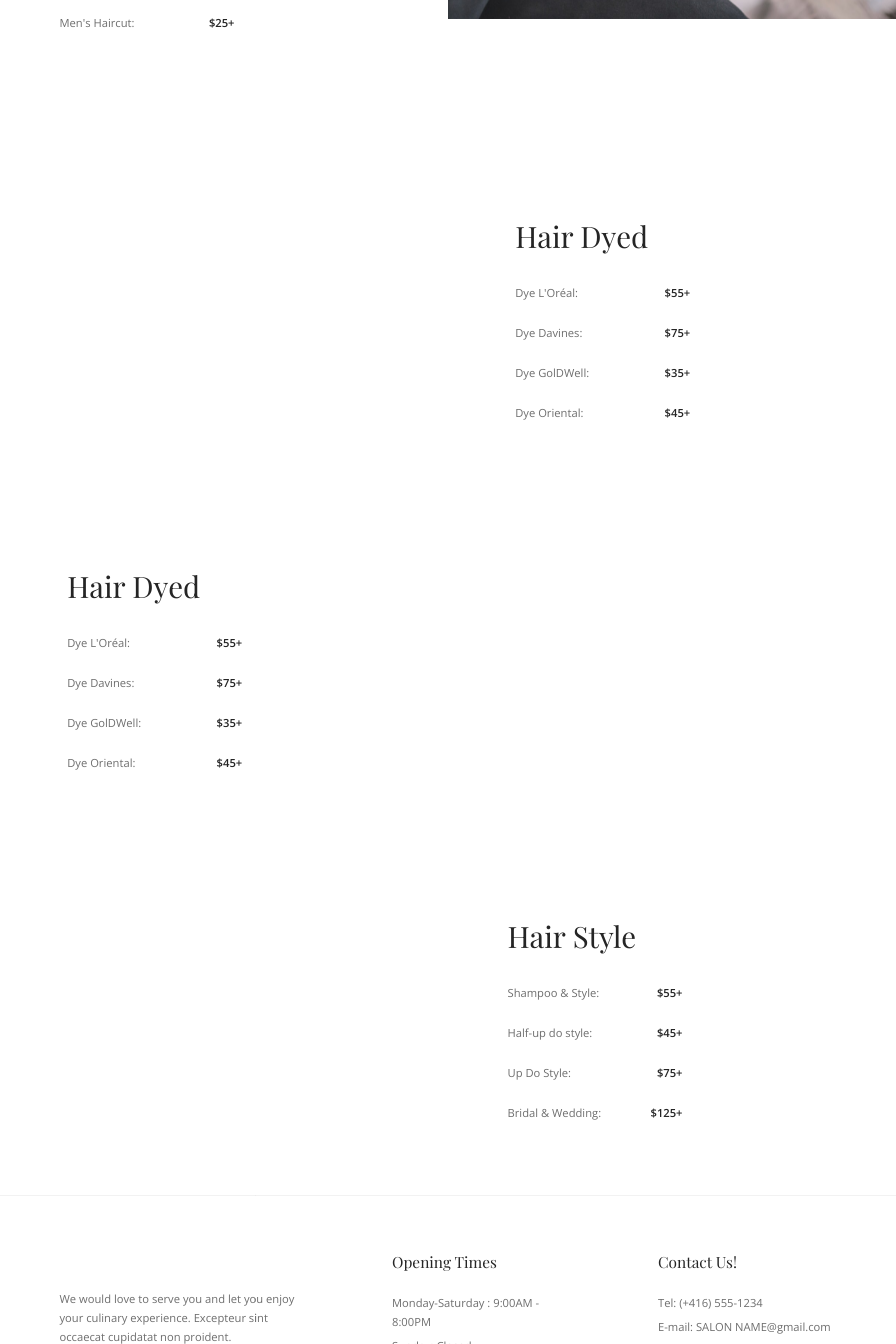
Repository: hanihassan1/Bay-wash-studio
Page: http://localhost/service
The author's editor kept a record of every edit. The page is drawn from the files as they stood at one moment, then again after the next edit.
The browser window is 1280 px wide. The pictures show the part of the page from y = 737 to 2657 px (the page is 2826 px tall), at 70% of full size.
The page is served by the project's application, run on Flask 3 (run.py).

Above is the page before.
Console error: TypeError: Cannot read properties of null (reading 'jQuery22409362962306477132')

### templates/service.html
{% extends 'base.html' %} {% block head %}
<script src="{{ url_for('static', filename='js/jquery.min.js')  }}"></script>

<!-- Popper -->
<script src="{{ url_for('static', filename='js/popper.min.js')  }}"></script>

<!-- Bootstrap -->
<script src="{{ url_for('static', filename='js/bootstrap.min.js')  }}"></script>

<!-- All Plugins -->
<script src="{{ url_for('static', filename='js/akame.bundle.js')  }}"></script>

<!-- Active -->

<script src="{{ url_for('static', filename='js/default-assets/active.js')  }}"></script>

<script src="{{ url_for('static', filename='gulpfile.js')  }}"></script>

<script src="{{ url_for('static', filename='js/main.js')  }}"></script>
{% endblock %} {% block content %}



<!-- Breadcrumb Area Start -->
<section class="breadcrumb-area section-padding-80">
    <div class="container">
        <div class="row">
            <div class="col-12">
                <div class="breadcrumb-content">
                    <h2>Our Services</h2>
                    <nav aria-label="breadcrumb">
                        <ol class="breadcrumb">
                            <li class="breadcrumb-item"><a href="{{url_for('index')}}"><i class="icon_house_alt"></i> Home</a></li>
                            <li class="breadcrumb-item active" aria-current="page">Services</li>
                        </ol>
                    </nav>
                </div>
            </div>
        </div>
    </div>
</section>
<!-- Breadcrumb Area End -->

<!-- Service Area Start -->
<section class="akame-service-area">

    <!-- Single Service Item -->
    <div class="single--service--item d-flex flex-wrap align-items-center">
        <!-- Service Content -->
        <div class="service-content">
            <div class="service-text">
                <h2>Hair Cuts</h2>
                <p><span>Women's Haircut:</span> <span>$35+</span></p>
                <p><span>Men's Haircut:</span> <span>$25+</span></p>

            </div>
        </div>
        <!-- Service Thumbnail -->
        <div class="service-thumbnail bg-img jarallax" style="background-image: url({{ url_for('static', filename='img/bg-img/30.jpg')  }});"></div>
    </div>

    <!-- Single Service Item -->
    <div class="single--service--item odd-item d-flex flex-wrap align-items-center">
        <!-- Service Thumbnail -->
        <div class="service-thumbnail bg-img jarallax" style="background-image: url({{ url_for('static', filename='img/bg-img/31.jpg')  }});"></div>

        <!-- Service Content -->
        <div class="service-content">
            <div class="service-text">
                <h2>Hair Dyed</h2>
                <p><span>Dye L'Oréal:</span> <span>$55+</span></p>
                <p><span>Dye Davines:</span> <span>$75+</span></p>
                <p><span>Dye GolDWell:</span> <span>$35+</span></p>
                <p><span>Dye Oriental:</span> <span>$45+</span></p>
            </div>
        </div>
    </div>


 <div class="single--service--item odd-item d-flex flex-wrap align-items-center">
        <!-- Service Thumbnail -->


        <!-- Service Content -->
        <div class="service-content">
            <div class="service-text">
                <h2>Hair Dyed</h2>
                <p><span>Dye L'Oréal:</span> <span>$55+</span></p>
                <p><span>Dye Davines:</span> <span>$75+</span></p>
                <p><span>Dye GolDWell:</span> <span>$35+</span></p>
                <p><span>Dye Oriental:</span> <span>$45+</span></p>
            </div>
        </div>
        <div class="service-thumbnail bg-img jarallax" style="background-image: url({{ url_for('static', filename='img/bg-img/27.jpg')  }});"></div>
    </div>



    <!-- Single Service Item -->
    <div class="single--service--item d-flex flex-wrap align-items-center">
        <div class="service-thumbnail bg-img jarallax" style="background-image: url({{ url_for('static', filename='img/bg-img/32.jpg')  }});"></div>
        <!-- Service Content -->
        <div class="service-content">
            <div class="service-text">
                <h2>Hair Style</h2>
                <p><span>Shampoo &amp; Style:</span> <span>$55+</span></p>
                <p><span>Half-up do style:</span> <span>$45+</span></p>
                <p><span>Up Do Style:</span> <span>$75+</span></p>
                <p><span>Bridal &amp; Wedding:</span> <span>$125+</span></p>
            </div>
        </div>
        <!-- Service Thumbnail -->

    </div>

</section>
<!-- Service Area End -->


{% endblock %}

### templates/base.html
<!DOCTYPE html>
<html lang="en">

<head>
    <meta charset="UTF-8">
    <meta name="description" content="">
    <meta http-equiv="X-UA-Compatible" content="IE=edge">
    <meta name="viewport" content="width=device-width, initial-scale=1, shrink-to-fit=no">


    <!-- Title -->
    <title>SALON</title>



    <!-- Stylesheet -->

    <link href="{{ url_for('static', filename='style.css')  }}" rel="stylesheet" type="text/css">

    {% block head %} {% endblock %}
</head>

<body>
    <!-- Preloader -->
    <div id="preloader">
        <div class="loader"></div>
    </div>
    <!-- /Preloader -->

    <!-- Header Area Start -->
    <header class="header-area">
        <!-- Top Header Area Start -->
        <div class="top-header-area">
            <div class="container h-100">
                <div class="row h-100 align-items-center">
                    <div class="col-5">
                        <div class="top-header-content">
                            <p>salon logo(img) & name</p>
                        </div>
                    </div>
                    <div class="col-7">
                        <div class="top-header-content text-right">
                            <p><i class="fa fa-clock-o" aria-hidden="true"></i> Mon-Sat: 9:00 am to 8:00 pm Sun:Closed<span class="mx-2"></span> | <span class="mx-2"></span> <i class="fa fa-phone" aria-hidden="true"></i> Call us: (+416)-555-1234</p>
                        </div>
                    </div>
                </div>
            </div>
        </div>
        <!-- Top Header Area End -->

        <!-- Main Header Start -->
        <div class="main-header-area">
            <div class="classy-nav-container breakpoint-off">
                <div class="container">
                    <!-- Classy Menu -->
                    <nav class="classy-navbar justify-content-between" id="akameNav">

                        <!-- Logo -->
                        <a class="nav-brand" href="index.html"><img src="img/core-img/logo.png" alt=""></a>

                        <!-- Navbar Toggler -->
                        <div class="classy-navbar-toggler">
                            <span class="navbarToggler"><span></span><span></span><span></span></span>
                        </div>

                        <!-- Menu -->
                        <div class="classy-menu">
                            <!-- Menu Close Button -->
                            <div class="classycloseIcon">
                                <div class="cross-wrap"><span class="top"></span><span class="bottom"></span></div>
                            </div>
                            <!-- Nav Start -->
                            <div class="classynav">
                                <ul id="nav">
                                    <li class="active"><a href="./index.html">Home</a></li>

                                    <li><a href="./portfolio.html">Gallery</a></li>
                                    <li><a href="./service.html">Services</a></li>


                                    <li><a href="./contact.html">Contact</a></li>
                                </ul>

                                <!-- Cart Icon -->
                                <div class="cart-icon ml-5 mt-4 mt-lg-0">
                                    <a href="#"><i class="icon_cart"></i></a>
                                </div>

                                <!-- Book Icon -->
                                <div class="book-now-btn ml-5 mt-4 mt-lg-0 ml-md-4">
                                    <a href="#" class="btn akame-btn">Book Now</a>
                                </div>
                            </div>
                            <!-- Nav End -->
                        </div>
                    </nav>
                </div>
            </div>
        </div>
    </header>
    <!-- Header Area End -->

    <!-- Main Area Start -->
    <div class="main">

        {% block content %} {% endblock %}

    </div>
    <!-- Main Area End -->


    <!-- Footer Area Start -->
    <footer class="footer-area section-padding-80-0">
        <div class="container">
            <div class="row justify-content-between">

                <!-- Single Footer Widget -->
                <div class="col-12 col-sm-6 col-md-4">
                    <div class="single-footer-widget mb-80">
                        <!-- Footer Logo -->
                        <a href="#" class="footer-logo"><img src="" alt=""></a>

                        <p class="mb-30">We would love to serve you and let you enjoy your culinary experience. Excepteur sint occaecat cupidatat non proident.</p>

                        <!-- Copywrite Text -->
                        <div class="copywrite-text">
                            <p>
                                <!-- Link back to Colorlib can't be removed. Template is licensed under CC BY 3.0. -->
                                Copyright &copy;
                                <script>
                                    document.write(new Date().getFullYear());
                                </script> All rights reserved | This template is made with <i class="fa fa-heart-o" aria-hidden="true"></i> by <a href="https://colorlib.com" target="_blank">Colorlib</a>
                                <!-- Link back to Colorlib can't be removed. Template is licensed under CC BY 3.0. -->
                            </p>
                        </div>
                    </div>
                </div>

                <!-- Single Footer Widget -->
                <div class="col-12 col-sm-6 col-md-4 col-xl-3">
                    <div class="single-footer-widget mb-80">
                        <!-- Widget Title -->
                        <h4 class="widget-title">Opening times</h4>

                        <!-- Open Times -->
                        <div class="open-time">
                            <p>Monday-Saturday : 9:00AM - 8:00PM</p>
                            <p>Sunday: Closed</p>
                        </div>

                        <!-- Social Info -->
                        <div class="social-info">
                            <a href="#" class="facebook"><i class="fa fa-facebook"></i></a>
                            <a href="#" class="twitter"><i class="fa fa-twitter"></i></a>
                            <a href="#" class="google-plus"><i class="fa fa-google-plus"></i></a>
                            <a href="#" class="instagram"><i class="fa fa-instagram"></i></a>
                        </div>
                    </div>
                </div>

                <!-- Single Footer Widget -->
                <div class="col-12 col-md-4 col-xl-3">
                    <div class="single-footer-widget mb-80">

                        <!-- Widget Title -->
                        <h4 class="widget-title">Contact Us!</h4>

                        <!-- Contact Address -->
                        <div class="contact-address">
                            <p>Tel: (+416) 555-1234</p>
                            <p>E-mail: SALON NAME@gmail.com</p>
                            <p>Address: FILL IN</p>
                        </div>
                    </div>
                </div>

            </div>
        </div>
    </footer>
    <!-- Footer Area End -->

    <!-- All JS Files -->
    <!-- jQuery -->
       <script src="{{ url_for('static', filename='js/jquery.min.js')  }}"></script>

    <!-- Popper -->
    <script src="{{ url_for('static', filename='js/popper.min.js')  }}"></script>

    <!-- Bootstrap -->
     <script src="{{ url_for('static', filename='js/bootstrap.min.js')  }}"></script>

    <!-- All Plugins -->
    <script src="{{ url_for('static', filename='js/akame.bundle.js')  }}"></script>

    <!-- Active -->

    <script src="{{ url_for('static', filename='js/default-assets/active.js')  }}"></script>

    <script src="{{ url_for('static', filename='gulpfile.js')  }}"></script>

    <script src="{{ url_for('static', filename='js/main.js')  }}"></script>

</body>

</html>

### run.py
import os
from flask import Flask,render_template, request, redirect,flash, jsonify, url_for
import json
from flask_mail import Mail, Message
import pymysql


app = Flask(__name__)

connection = pymysql.connect(host='mydatabase.cccssd5sqciz.ca-central-1.rds.amazonaws.com',
                            user='root',
                            password='root1234',
                            db='SALON',
                            )

app.secret_key = "its_secure"


app.config['MAIL_SERVER']= 'smtp.gmail.com'
app.config['MAIL_PORT'] = 465
app.config['MAIL_USERNAME'] = 'baywashstudio@gmail.com'
app.config['MAIL_PASSWORD'] = "Root12345"
app.config['MAIL_USE_TLS'] = False
app.config['MAIL_USE_SSL'] = True
app.config['MAIL_DEFAULT_SENDER'] = 'baywashstudio@gmail.com'
mail = Mail(app)


# @app.route('/')
# def index():
#     msg = Message('MAIL TEST', recipients = ['hani.hassan1@gmail.com'])
#     msg.body = "this is a test email"
#     # msg.html = " <b> bold html msg test</b>"
#     mail.send(msg)
#     return "Sent"





@app.route('/contact',methods=["GET", "POST"])
def contact():
    if request.method=="POST":
        print(request.form)
        username = request.form['first-name'] + " " + request.form['last-name']
        add_user(username, request.form['phone'], request.form['email'])
        last_added_user_id = get_last_user_id()
        print(last_added_user_id, "last_added_user_id", request.form['time'])
        add_booking(request.form['date'], request.form['service'],request.form['time'],last_added_user_id)
        send_mail(username, request.form['email'])
        send_mail_employee(username, request.form['date'], request.form['service'],request.form['time'],
        request.form['phone'])
        flash("Hello {}, Your booking was submitted".format(request.form['first-name']))
        return redirect(url_for('contact'))

    return render_template("contact.html", title = "Contact")


def send_mail(username, email):
    user_mail_list = []
    user_mail_list.append(email)
    print(user_mail_list,"user_mail_list")
    msg = Message(subject="Hello, {}".format(username),recipients=user_mail_list)
    msg.body="You're booked!.\Your appointment is on {} at {},your service is {}" .format(request.form['date'],
    request.form['time'], request.form['service'])
    mail.send(msg)

def send_mail_employee(username,date, service,time,phone):
    msg = Message(subject="New Booking",recipients=["baywashstudio@gmail.com"])
    msg.body="Your booking is confirmed."
    mail.send(msg)

@app.route('/')
def index():
     return render_template("index.html", title = "Home")


@app.route('/portfolio')
def portfolio():
     return render_template("portfolio.html", title = "Gallery")

@app.route('/service')
def service():
     return render_template("service.html", title = "Services")


def add_user(username, phone_no, email_add ):
    try:
        with connection.cursor() as cursor:
            sql = """INSERT INTO CUSTOMERS (CUSTOMER_NAME, CUSTOMER_TELEPHONE,
            CUSTOMER_EMAIL) VALUES ('{}', '{}', '{}');""".format(username, phone_no, email_add)
            cursor.execute(sql)
            connection.commit()
            cursor.close()
    finally:
        print("ok")


def get_last_user_id():
 try:
        with connection.cursor(pymysql.cursors.DictCursor) as cursor:
          sql = """ SELECT MAX(CUSTOMER_ID) FROM CUSTOMERS;"""
          cursor.execute(sql)
          result = cursor.fetchall()
          return result[0]['MAX(CUSTOMER_ID)']
 finally:
        return True


def add_booking(date, service_id, time,customer_id):
  try:
        print(time, "time is time")
        with connection.cursor() as cursor:
            sql = """INSERT INTO BOOKINGS (DATE, SERVICE_ID, TIME,
            CUSTOMER_ID) VALUES ('{}', {}, '{}', {});""".format(date,service_id,
            time,customer_id)
            cursor.execute(sql)
            connection.commit()
            cursor.close()
  finally:
            connection.close()
#   TIME ADD



if __name__ == '__main__':
    app.run(host=os.environ.get('IP'),
    port=int(os.environ.get('PORT')),
    debug=True)

Loaded but not shown: static/js/jquery.min.js (library); static/js/popper.min.js (library); static/js/bootstrap.min.js (library); static/js/akame.bundle.js (library); static/css/bootstrap.min.css (library); static/css/animate.css (library); static/css/default-assets/audioplayer.css (library); static/css/owl.carousel.min.css (common file); static/css/magnific-popup.css (library); static/css/font-awesome.min.css (library); static/js/default-assets/active.js (199 lines, source omitted); static/gulpfile.js (90 lines, source omitted); static/style.css (1708 lines, source omitted); static/css/style.css (1157 lines, source omitted); static/css/default-assets/classy-nav.css (670 lines, source omitted); static/js/main.js (no copy from this time; the picture is the same without it)

After the next edit:
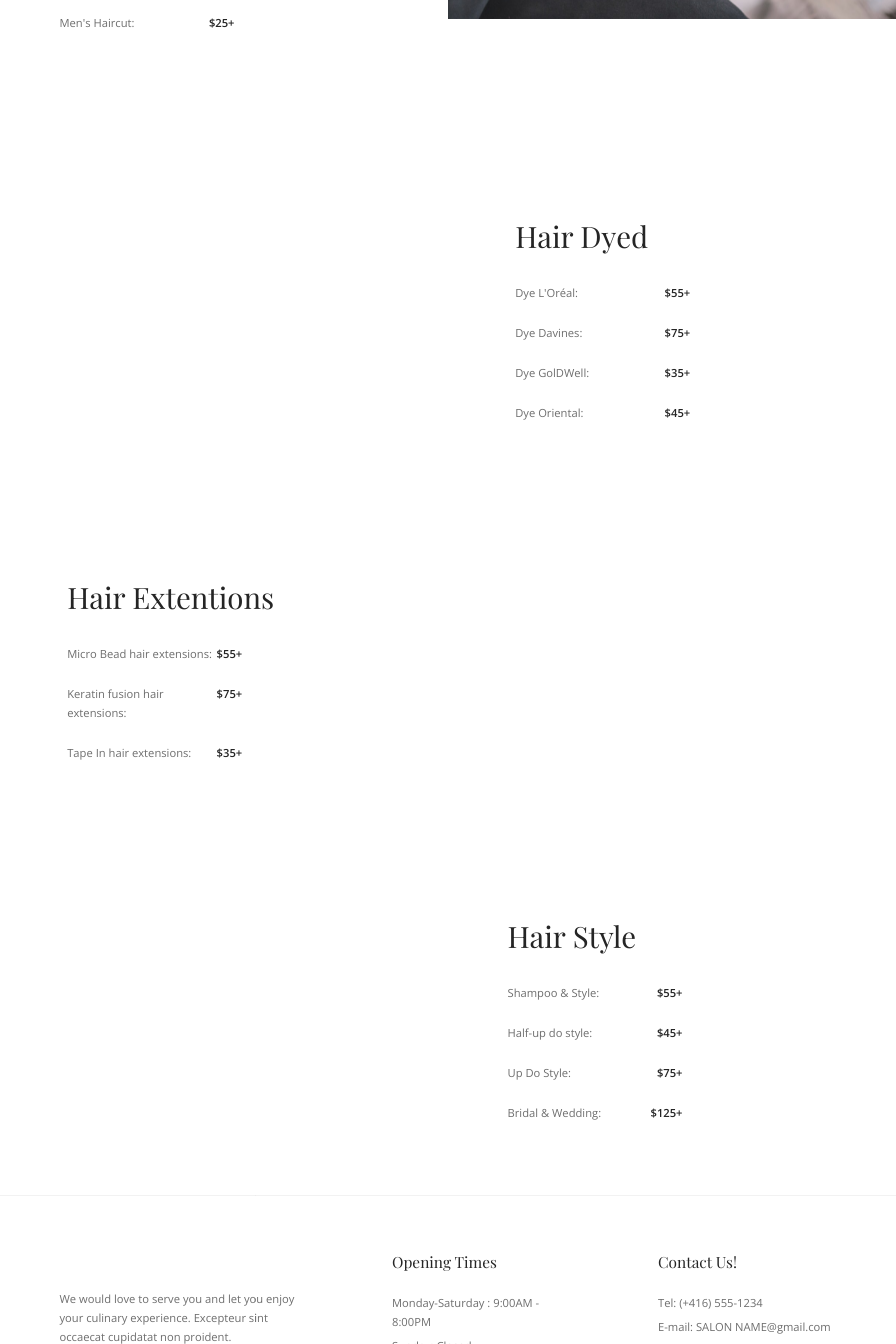
The edit:
--- a/templates/service.html
+++ b/templates/service.html
@@ -84,12 +84,11 @@
         <!-- Service Content -->
         <div class="service-content">
             <div class="service-text">
-                <h2>Hair Dyed</h2>
-                <p><span>Dye L'Oréal:</span> <span>$55+</span></p>
-                <p><span>Dye Davines:</span> <span>$75+</span></p>
-                <p><span>Dye GolDWell:</span> <span>$35+</span></p>
-                <p><span>Dye Oriental:</span> <span>$45+</span></p>
-            </div>
+                <h2>Hair Extentions</h2>
+                <p><span>Micro Bead hair extensions:</span> <span>$55+</span></p>
+                <p><span>Keratin fusion hair extensions:</span> <span>$75+</span></p>
+                <p><span>Tape In hair extensions:</span> <span>$35+</span></p>
+               </div>
         </div>
         <div class="service-thumbnail bg-img jarallax" style="background-image: url({{ url_for('static', filename='img/bg-img/27.jpg')  }});"></div>
     </div>
